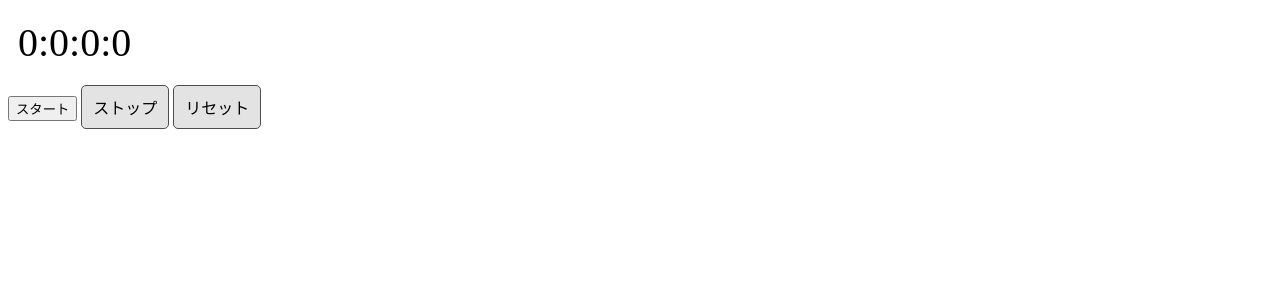
Repository: mai-akatsu/javascript
Page: index.html
The author's editor kept a record of every edit. The page is drawn from the files as they stood at one moment, then again after the next edit.
The browser window is 1280 px wide. The pictures show the whole page.

Above is the page before.
Console error: SyntaxError: Unexpected token '{'

After the next edit:
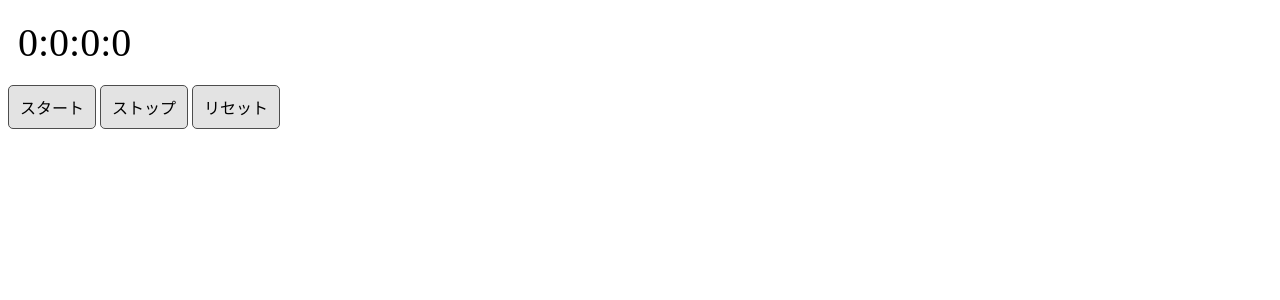
The edit:
--- a/index.html
+++ b/index.html
@@ -8,9 +8,9 @@
   <body>
       <p id="timer">0:0:0:0</p>
       <div class="button">
-          <button id="tart_button">スタート</button>
-          <button id="stop_button">ストップ</button>
-          <button id="reset_button">リセット</button>
+          <button id="start_button">スタート</button>
+          <button id="stop_button" disabled>ストップ</button>
+          <button id="reset_button" disabled>リセット</button>
       </div>
      <script type="text/javascript" src="main.js"></script>
   </body>
